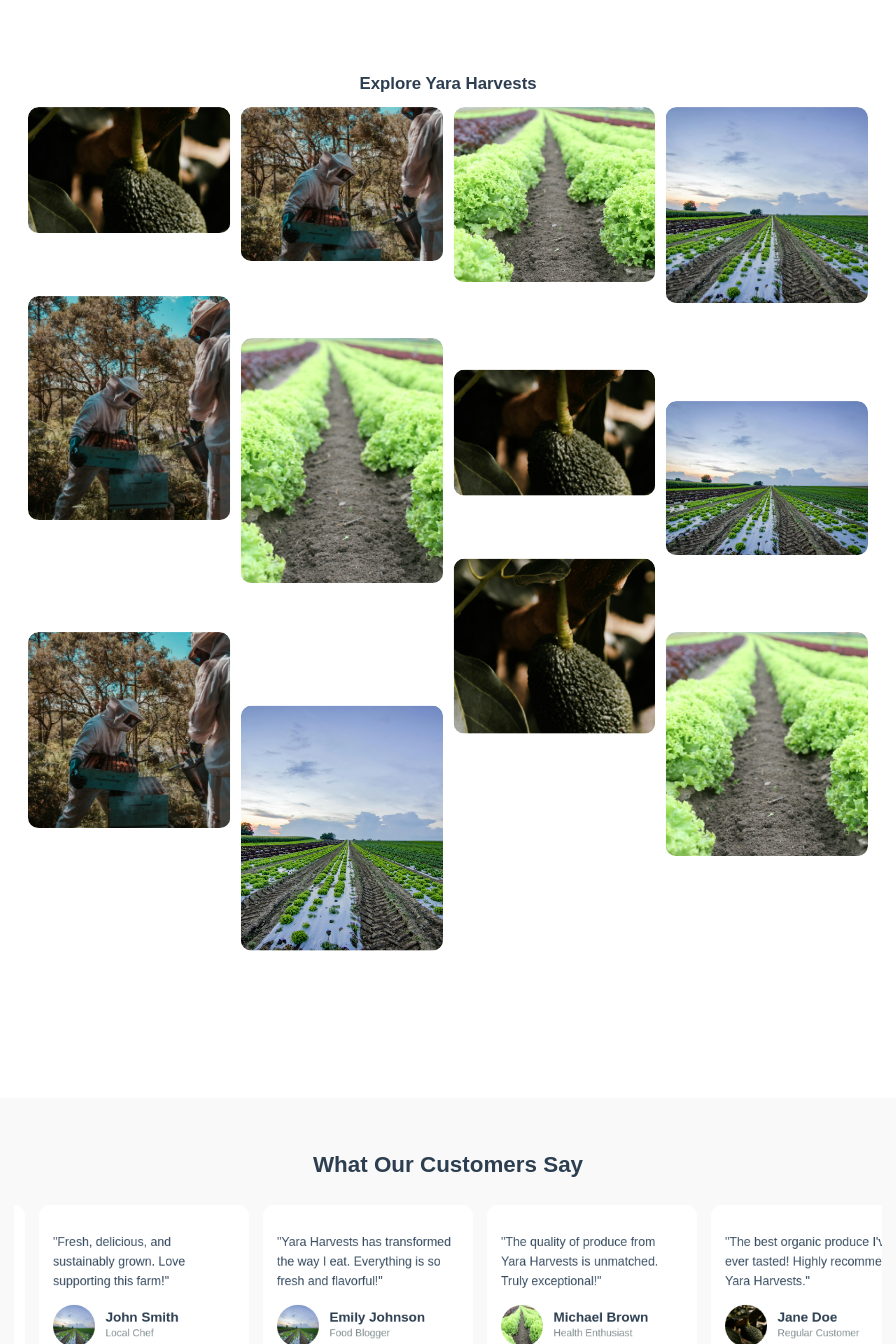
Repository: Kanyi-Manyara/yara-farm
Page: index.html
An editor plug-in stored every save of this project. The page is shown before and after a run of saves, followed by the edit.
The browser window is 1280 px wide. The pictures show the part of the page from y = 1340 to 3260 px (the page is 4162 px tall), at 70% of full size.

Above is the page before, as saved 2025-05-10 22:21:11.

After the next 2 saves:
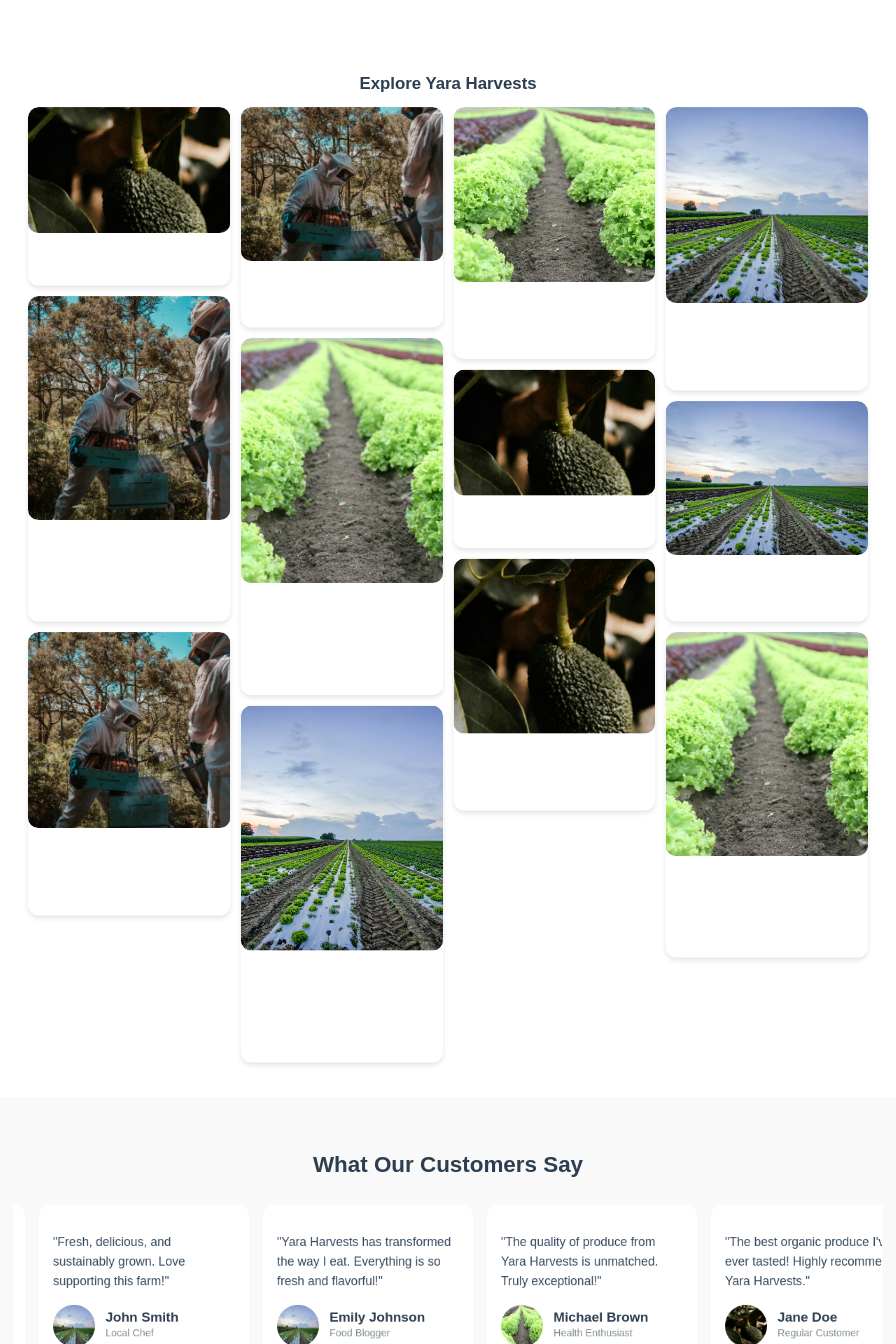
The 2 saves are shown as one change because they came seconds apart.
The last was saved 34 s later.
--- a/style.css
+++ b/style.css
@@ -581,57 +581,41 @@ header {
     margin-right: 5px;
   }
 
-  /* Gallery Section - Pinterest Style */
+/* Pinterest-Style Masonry Grid */
 #gallery {
   padding: 50px 20px;
   text-align: center;
 }
 
 .gallery-grid {
-  column-count: 4; /* Desktop view: 4 columns */
-  column-gap: 15px;
-  padding: 0 20px;
+  display: grid;
+  grid-template-columns: repeat(auto-fill, minmax(250px, 1fr));
+  grid-auto-flow: dense; /* Better packing */
+  gap: 15px;
 }
 
 .gallery-item {
   position: relative;
-  display: inline-block;
-  width: 100%;
-  margin-bottom: 15px;
+  border-radius: 15px;
   overflow: hidden;
-  border-radius: 15px; /* Smooth curved edges */
-  box-shadow: none; /* Remove the card shadow */
   transition: transform 0.3s ease;
-  break-inside: avoid; /* Prevents items from breaking across columns */
-}
-
-.gallery-item:hover {
-  transform: scale(1.02); /* Slight zoom on hover */
-}
-
+}
+
+/* Let images determine their own height */
 .gallery-item img {
   width: 100%;
+  height: auto; /* Critical change */
   display: block;
-  border-radius: 15px; /* Match the container's curved edges */
-}
-
-/* Responsive layout for wide screens (desktops) */
-@media (min-width: 1201px) {
-  .gallery-grid {
-    column-count: 4; /* Wide screens: 4 columns */
-  }
-}
-
-/* Responsive layout for medium-sized screens (laptops) */
-@media (max-width: 1200px) {
-  .gallery-grid {
-    column-count: 3; /* Medium screens: 3 columns */
-  }
-}
-
-/* Responsive layout for tablets and smaller devices */
-@media (max-width: 900px) {
-  .gallery-grid {
-    column-count: 2; /* All smaller devices: exactly 2 columns */
-  }
-}
+  border-radius: 15px;
+}
+
+/* Responsive Columns */
+@media (max-width: 767px) {
+  .gallery-grid { grid-template-columns: repeat(2, 1fr); }
+}
+@media (min-width: 768px) and (max-width: 1023px) {
+  .gallery-grid { grid-template-columns: repeat(3, 1fr); }
+}
+@media (min-width: 1024px) {
+  .gallery-grid { grid-template-columns: repeat(4, 1fr); }
+}
